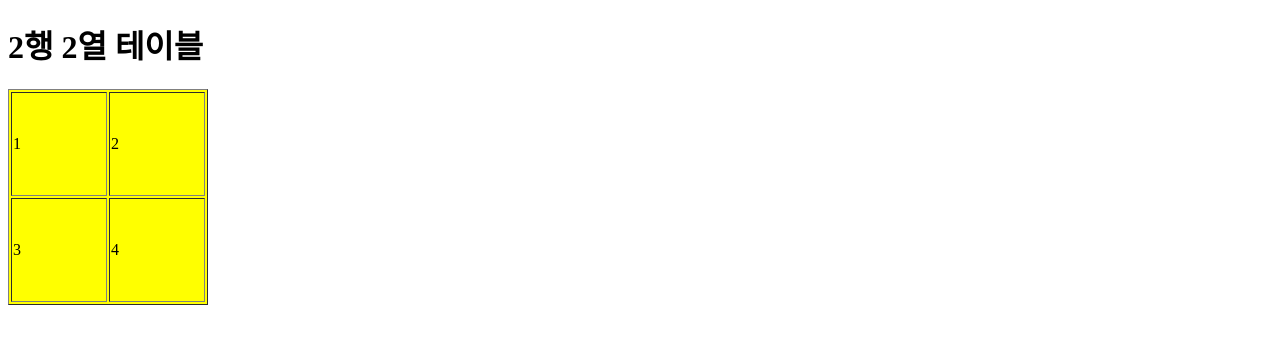
Repository: JeongWoo-Jang/Edu-Backup
Page: 5. HTML & CSS & JSP/ClientTest/WebContent/ex13_table.html
These files come from the project's save history. The page is drawn as it stood at one moment and after the next save; the edit follows.
The browser window is 1280 px wide. The pictures show the whole page.

Above is the page before, as saved 2020-06-19 07:18:47.

### 5. HTML & CSS & JSP/ClientTest/WebContent/ex13_table.html
<!DOCTYPE html>
<html>
<head>
<meta charset="UTF-8">
<title>Insert title here</title>
</head>
<body>

	<!--

		<table>, 표
		- 표 만들 때 사용
		- 레이아웃 만들 때 사용 -> 잘 안씀 -> <div> + CSS 사용

		1. <table>
			- 큰상자
			- 전체 컨테이너
		2. <tr>
			- 중간 상자
			- 행 역할
		3. <td>
			- 작은 상자
			- 셀 역할
			- 테이블의 데이터는 <td>가 가진다.

	 -->

	 <h1>2행 2열 테이블</h1>

	 <table border="1" width="200" height="200" bgcolor="yellow">
	 	<tr>
	 		<td width="100" height="100">1</td>
	 		<td width="100">2</td>
	 	</tr>
	 	<tr>
	 		<td height="100">3</td>
	 		<td>4</td>
	 	</tr>
	 </table>







</body>
</html>

After the next save:
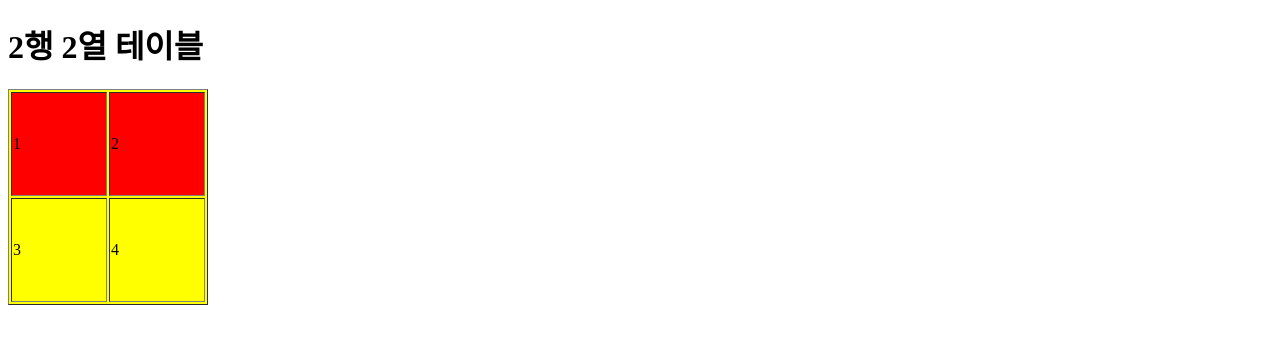
Saved 67 s later.
--- a/5. HTML & CSS & JSP/ClientTest/WebContent/ex13_table.html
+++ b/5. HTML & CSS & JSP/ClientTest/WebContent/ex13_table.html
@@ -28,7 +28,7 @@
 	 <h1>2행 2열 테이블</h1>
 
 	 <table border="1" width="200" height="200" bgcolor="yellow">
-	 	<tr>
+	 	<tr bgcolor="red">
 	 		<td width="100" height="100">1</td>
 	 		<td width="100">2</td>
 	 	</tr>
